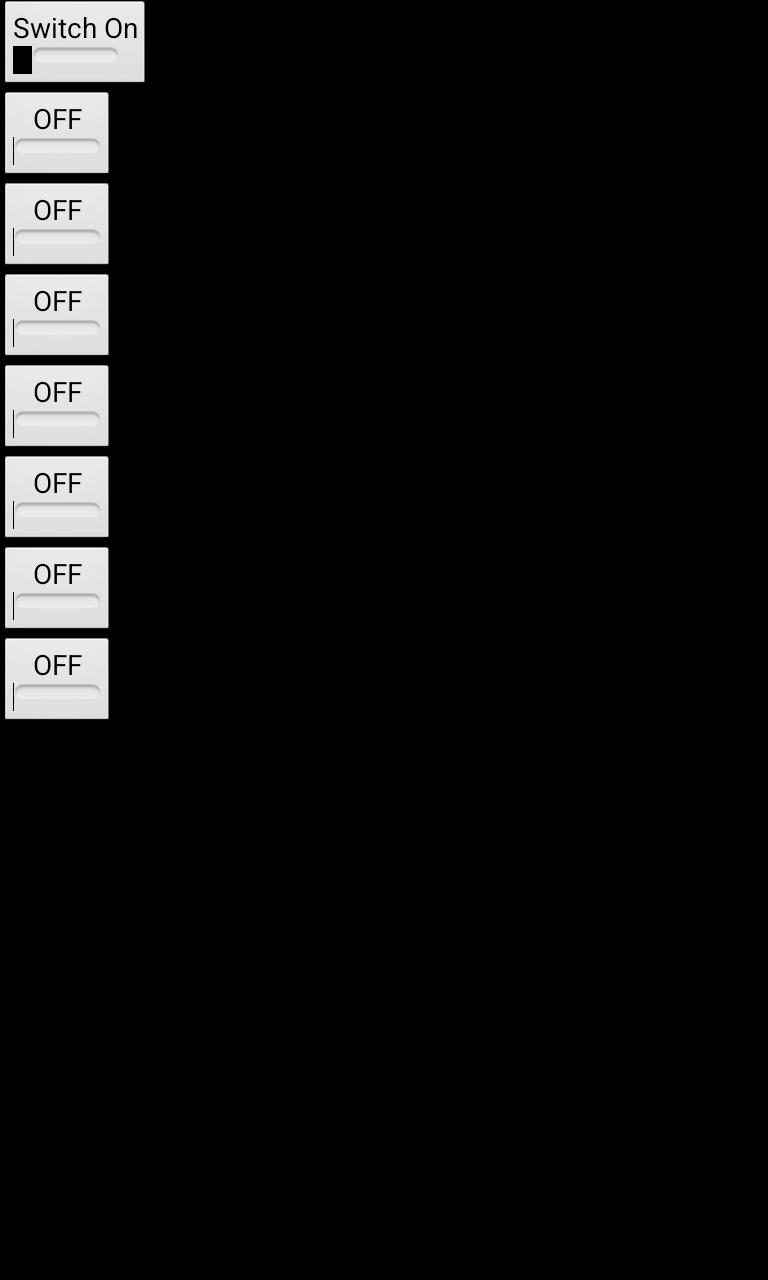
Repository: andrewmacquarrie/BoardTests
Layout: BoardTest/res/layout/main.xml
An editor plug-in stored every save of this project. The layout is shown before and after the next save, followed by the edit.
It is drawn on a 768 x 1280 px phone screen (xhdpi) without system bars, with theme android:Theme; the app's code is not run.

Above is the layout before, as saved 2011-03-29 12:47:55.

After the next save:
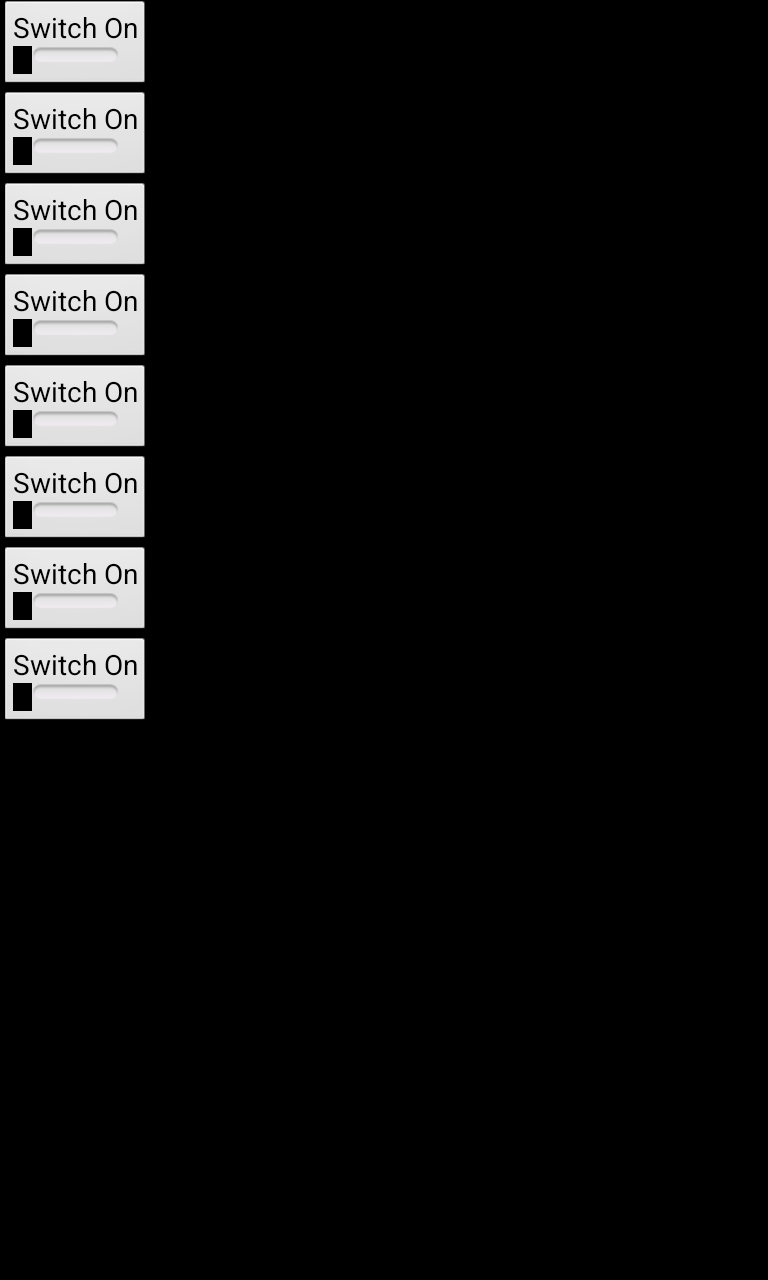
Saved 13 s later.
--- a/BoardTest/res/layout/main.xml
+++ b/BoardTest/res/layout/main.xml
@@ -15,35 +15,49 @@
      android:layout_height="wrap_content"
      android:layout_width="wrap_content"
      android:tag="2"
+     android:textOff="Switch On"
+	 android:textOn="Switch Off"
      android:onClick="toggleOutput" />
 <ToggleButton
      android:layout_height="wrap_content"
      android:layout_width="wrap_content"
      android:tag="3"
+     android:textOff="Switch On"
+	 android:textOn="Switch Off"
      android:onClick="toggleOutput" />
 <ToggleButton
      android:layout_height="wrap_content"
      android:layout_width="wrap_content"
      android:tag="4"
+     android:textOff="Switch On"
+	 android:textOn="Switch Off"
      android:onClick="toggleOutput" />
 <ToggleButton
      android:layout_height="wrap_content"
      android:layout_width="wrap_content"
      android:tag="5"
+     android:textOff="Switch On"
+	 android:textOn="Switch Off"
      android:onClick="toggleOutput" />
 <ToggleButton
      android:layout_height="wrap_content"
      android:layout_width="wrap_content"
      android:tag="6"
+     android:textOff="Switch On"
+	 android:textOn="Switch Off"
      android:onClick="toggleOutput" />
 <ToggleButton
      android:layout_height="wrap_content"
      android:layout_width="wrap_content"
      android:tag="7"
+     android:textOff="Switch On"
+	 android:textOn="Switch Off"
      android:onClick="toggleOutput" />
 <ToggleButton
      android:layout_height="wrap_content"
      android:layout_width="wrap_content"
      android:tag="8"
+     android:textOff="Switch On"
+	 android:textOn="Switch Off"
      android:onClick="toggleOutput" />
 </LinearLayout>
